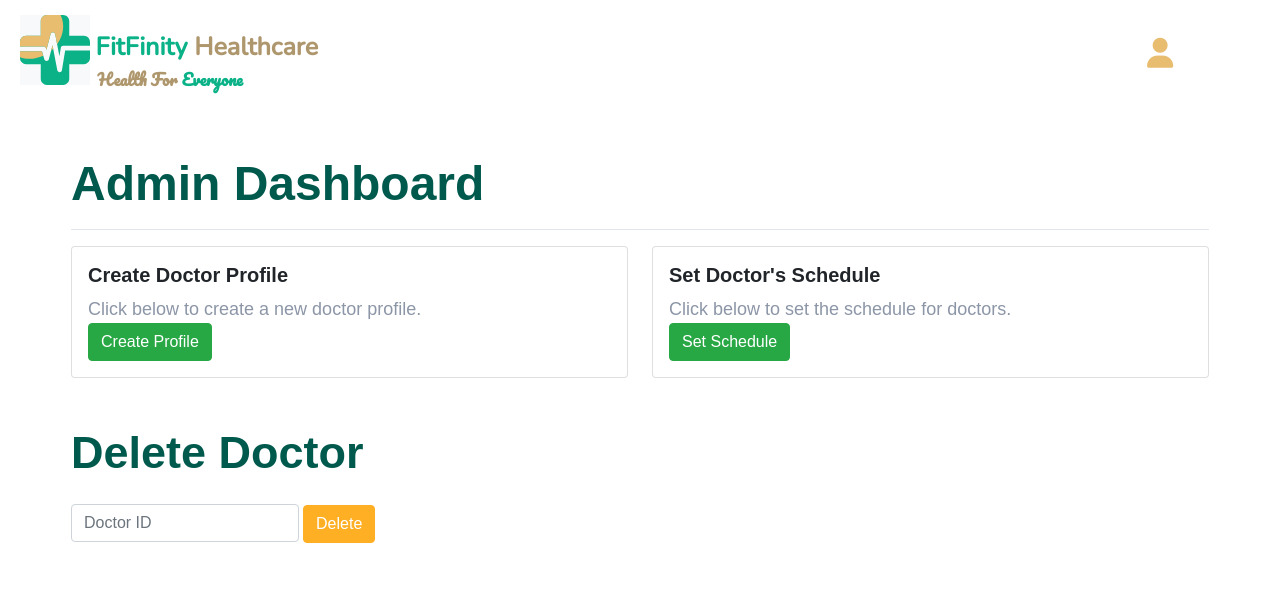
Repository: theonlymono/FitfinityHealthcareWebsiteJ2EE
Page: http://localhost/Fitfinity/adminDashboard.jsp
An editor plug-in stored every save of this project. The page is shown before and after a run of saves, followed by the edit.
The browser window is 1280 px wide. The pictures show the whole page.
Some web fonts or font styles are not loaded; a fallback is used. The page is served by Tomcat 9. Other server files are loaded and not shown.

Above is the page before, as saved 2024-03-03 11:29:33.
Console error (its wording comes from the project's code and is left out).

### fitfinity/Fitfinity/WebContent/adminDashboard.jsp
<%@ page language="java" contentType="text/html; charset=UTF-8"
    pageEncoding="UTF-8"%>
<!DOCTYPE html>
<html lang="en">
<head>
  <meta charset="UTF-8" />
  <meta name="viewport" content="width=device-width, initial-scale=1.0" />
  <title>Healthcare Hospital Admin Dashboard</title>
  <link rel="icon" href="./assets/image/logo/logo.svg" />
  <link rel="stylesheet" href="https://cdnjs.cloudflare.com/ajax/libs/font-awesome/6.5.1/css/all.min.css" integrity="sha512-DTOQO9RWCH3ppGqcWaEA1BIZOC6xxalwEsw9c2QQeAIftl+Vegovlnee1c9QX4TctnWMn13TZye+giMm8e2LwA==" crossorigin="anonymous" referrerpolicy="no-referrer" />
  <link
    href="https://cdn.jsdelivr.net/npm/bootstrap@5.3.3/dist/css/bootstrap.min.css"
    rel="stylesheet"
    integrity="sha384-QWTKZyjpPEjISv5WaRU9OFeRpok6YctnYmDr5pNlyT2bRjXh0JMhjY6hW+ALEwIH"
    crossorigin="anonymous"
  />
    <script
    src="https://cdn.jsdelivr.net/npm/bootstrap@5.3.3/dist/js/bootstrap.bundle.min.js"
    integrity="sha384-YvpcrYf0tY3lHB60NNkmXc5s9fDVZLESaAA55NDzOxhy9GkcIdslK1eN7N6jIeHz"
    crossorigin="anonymous"
  ></script>
  <link
    rel="stylesheet"
    href="https://stackpath.bootstrapcdn.com/bootstrap/4.5.2/css/bootstrap.min.css"
  />
	<link rel="stylesheet" href="assets/css/bootstrap-5.0.5-alpha.min.css" />
  <link rel="stylesheet" href="assets/css/LineIcons.2.0.css" />
  <link rel="stylesheet" href="assets/css/animate.css" />
  <link rel="stylesheet" href="assets/css/tiny-slider.css" />
  <link rel="stylesheet" href="assets/css/main.css" />
    <link
    href="https://fonts.googleapis.com/css2?family=Nunito:wght@500&display=swap"
    rel="stylesheet"
  />
  <link
    href="https://fonts.googleapis.com/css2?family=Pacifico&display=swap"
    rel="stylesheet"
  />
  <!-- Custom CSS -->
  <style>
    /* Add custom styles here */
    body {
      font-family: Arial, sans-serif;
    }
    .container {
      margin-top: 50px;
    }
    .btn-custom {
      background-color: #ffaf24;
      border-color: #ffaf24;
      color: #fff;
    }
    .btn-custom:hover {
      color: #fff;
      background-color: #e59500;
      border-color: #e59500;
    }
  </style>
</head>
<body>
<nav class="navbar navbar-expand-lg">
                <a style="margin-left: 20px" class="navbar-brand" href="./main.jsp">
                  <img
                    style="width: 70px"
                    src="assets/image/logo/MainLogosvg.svg"
                    alt="Logo"
                  />
                  <h4 style="display: inline">
                    <span
                      style="
                        color: #0bb288;
                        margin-left: 0px;
                        font-family: 'Nunito', sans-serif;
                        font-weight: 700;
                      "
                      >FitFinity</span
                    >
                    <span
                      style="
                        color: #af976d;
                        margin-left: 0px;
                        font-family: 'Nunito', sans-serif;
                        font-weight: 700;
                      "
                      >Healthcare</span
                    >
                  </h4>
                  <h6
                    style="margin-left: 26%; margin-top: -5%"
                    class="navDiv"
                  >
                    <span
                      style="color: #af976d; font-family: 'Pacifico', cursive"
                      >Health For</span
                    >
                    <span
                      style="color: #0bb288; font-family: 'Pacifico', cursive"
                      >Everyone</span
                    >
                  </h6>
                </a>
                <button
                  class="navbar-toggler"
                  type="button"
                  data-toggle="collapse"
                  data-target="#navbarSupportedContent"
                  aria-controls="navbarSupportedContent"
                  aria-expanded="false"
                  aria-label="Toggle navigation"
                >
                  <span class="toggler-icon"></span>
                  <span class="toggler-icon"></span>
                  <span class="toggler-icon"></span>
                </button>

                <div style="margin-left: 60%"
                  class="collapse navbar-collapse sub-menu-bar"
                  id="navbarSupportedContent"
                >
                  <ul  id="nav" class="navbar-nav">
                    <li class="nav-item active mt-3">

                    <li class="nav-item mt-1">
                      <div class="dropdown-center me-5">
                        <button class="btn p-1 pe-2 ps-2 rounded-3" type="button" data-bs-toggle="dropdown" aria-expanded="false">
                          <i style="color: #E8BD70; font-size: 30px;" class="fa-solid fa-user"></i>
                        </button>
                        <ul class="dropdown-menu">
                          <li><a style="font-size: 17px;" class="dropdown-item" href="#"> Admin <img style="margin-left: 30px;" class=" rounded-circle" width="50px" src="/image/profile1.jpg" alt=""></a></li>
                          <li><hr class="dropdown-divider"></li>
                          <li><a style="font-size: 17px;" class="dropdown-item" href="./main.jsp">LogOut</a></li>
                        </ul>
                    </li>
                  </ul>
                </div>
                <!-- navbar collapse -->
              </nav>
<div class="container">
  <h1>Admin Dashboard</h1>
  <hr />
  <div class="row">
    <div class="col-md-6">
      <div class="card">
        <div class="card-body">
          <h5 class="card-title">Create Doctor Profile</h5>
          <p class="card-text">
            Click below to create a new doctor profile.
          </p>
          <a href="./drSignUp.jsp" class="btn btn-success"
            >Create Profile</a
          >
        </div>
      </div>
    </div>
    <div class="col-md-6">
      <div class="card">
        <div class="card-body">
          <h5 class="card-title">Set Doctor's Schedule</h5>
          <p class="card-text">
            Click below to set the schedule for doctors.
          </p>
          <a href="./DrSchedule.jsp" class="btn btn-success"
            >Set Schedule</a
          >
        </div>
      </div>
    </div>
  </div>
</div>

<div class="container mt-5">
  <div class="row">
    <div class="">
      <h2 class="mb-4">Delete Doctor</h2>
      <form action="./DeleteDoctorRecordsServlet" method="POST">
        <div style="display: inline;" class="form-group">
          <input placeholder="Doctor ID" style="width: 20%; display: inline;" type="text" class="form-control" id="doctorID" name="doctorID" required>
        </div>
        <button type="submit" onclick="confirmDelete()" class="btn btn-custom">Delete</button>
      </form>
    </div>
  </div>
</div>

<!-- Bootstrap JS (Optional) -->
<script src="https://stackpath.bootstrapcdn.com/bootstrap/4.5.2/js/bootstrap.min.js"></script>
<!-- JavaScript for confirmation -->
<script>
function confirmDelete() {
    // Get the value of the Doctor ID input field
    var doctorID = document.getElementById("doctorID").value.trim();

    // Check if the Doctor ID is empty
    if (doctorID === "") {
      // If Doctor ID is empty, don't show confirmation message
      return;
    }

    // If Doctor ID is not empty, show confirmation message
    var confirmation = confirm("Are you sure you want to delete this doctor?");
    if (confirmation) {
      // If user confirms, submit the form
      document.getElementById("deleteForm").submit();
    }
  }
</script>
</body>
</html>

### fitfinity/Fitfinity/WebContent/assets/css/tiny-slider.css
.tns-outer{padding:0 !important}.tns-outer [hidden]{display:none !important}.tns-outer [aria-controls],.tns-outer [data-action]{cursor:pointer}.tns-slider{-webkit-transition:all 0s;-moz-transition:all 0s;transition:all 0s}.tns-slider>.tns-item{-webkit-box-sizing:border-box;-moz-box-sizing:border-box;box-sizing:border-box}.tns-horizontal.tns-subpixel{white-space:nowrap}.tns-horizontal.tns-subpixel>.tns-item{display:inline-block;vertical-align:top;white-space:normal}.tns-horizontal.tns-no-subpixel:after{content:'';display:table;clear:both}.tns-horizontal.tns-no-subpixel>.tns-item{float:left}.tns-horizontal.tns-carousel.tns-no-subpixel>.tns-item{margin-right:-100%}.tns-no-calc{position:relative;left:0}.tns-gallery{position:relative;left:0;min-height:1px}.tns-gallery>.tns-item{position:absolute;left:-100%;-webkit-transition:transform 0s, opacity 0s;-moz-transition:transform 0s, opacity 0s;transition:transform 0s, opacity 0s}.tns-gallery>.tns-slide-active{position:relative;left:auto !important}.tns-gallery>.tns-moving{-webkit-transition:all 0.25s;-moz-transition:all 0.25s;transition:all 0.25s}.tns-autowidth{display:inline-block}.tns-lazy-img{-webkit-transition:opacity 0.6s;-moz-transition:opacity 0.6s;transition:opacity 0.6s;opacity:0.6}.tns-lazy-img.tns-complete{opacity:1}.tns-ah{-webkit-transition:height 0s;-moz-transition:height 0s;transition:height 0s}.tns-ovh{overflow:hidden}.tns-visually-hidden{position:absolute;left:-10000em}.tns-transparent{opacity:0;visibility:hidden}.tns-fadeIn{opacity:1;filter:alpha(opacity=100);z-index:0}.tns-normal,.tns-fadeOut{opacity:0;filter:alpha(opacity=0);z-index:-1}.tns-vpfix{white-space:nowrap}.tns-vpfix>div,.tns-vpfix>li{display:inline-block}.tns-t-subp2{margin:0 auto;width:310px;position:relative;height:10px;overflow:hidden}.tns-t-ct{width:2333.3333333%;width:-webkit-calc(100% * 70 / 3);width:-moz-calc(100% * 70 / 3);width:calc(100% * 70 / 3);position:absolute;right:0}.tns-t-ct:after{content:'';display:table;clear:both}.tns-t-ct>div{width:1.4285714%;width:-webkit-calc(100% / 70);width:-moz-calc(100% / 70);width:calc(100% / 70);height:10px;float:left}

/*# sourceMappingURL=sourcemaps/tiny-slider.css.map */

Loaded but not shown: fitfinity/Fitfinity/WebContent/assets/css/bootstrap-5.0.5-alpha.min.css (library); fitfinity/Fitfinity/WebContent/assets/css/animate.css (library); fitfinity/Fitfinity/WebContent/assets/image/logo/MainLogosvg.svg (1 lines, source omitted); fitfinity/Fitfinity/WebContent/assets/css/main.css (2375 lines, source omitted); fitfinity/Fitfinity/WebContent/assets/css/LineIcons.2.0.css (2211 lines, source omitted)

After the next 2 saves:
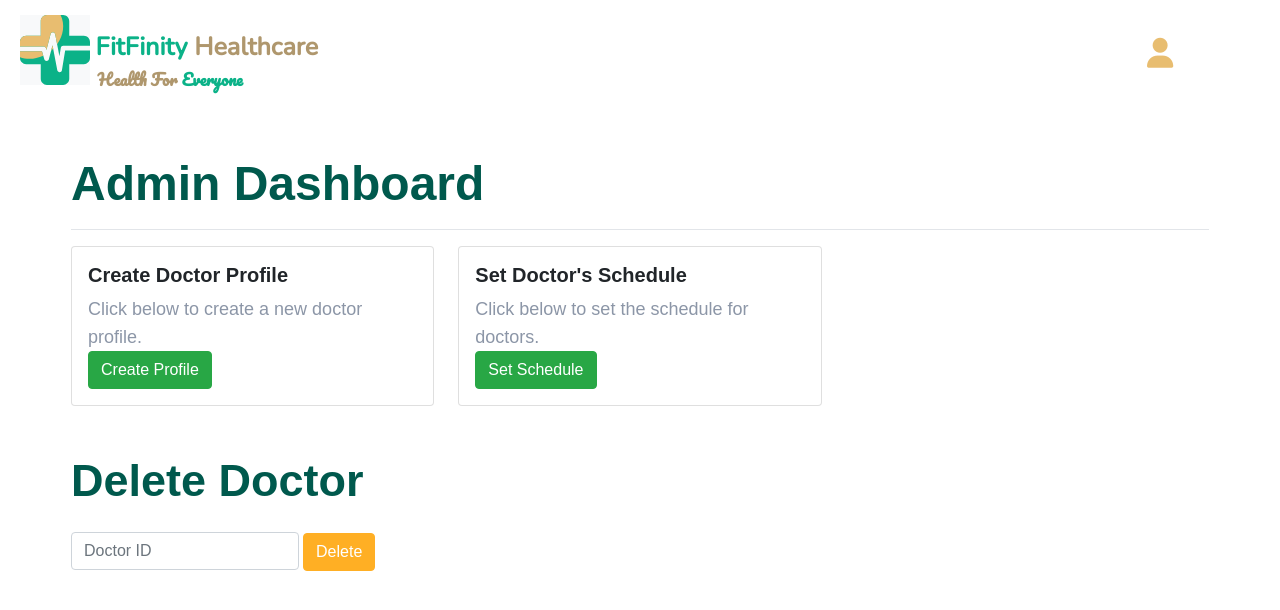
The 2 saves are shown as one change because they came seconds apart.
The last was saved 12 min 16 s later.
--- a/fitfinity/Fitfinity/WebContent/adminDashboard.jsp
+++ b/fitfinity/Fitfinity/WebContent/adminDashboard.jsp
@@ -139,7 +139,7 @@
   <h1>Admin Dashboard</h1>
   <hr />
   <div class="row">
-    <div class="col-md-6">
+    <div class="col-md-4">
       <div class="card">
         <div class="card-body">
           <h5 class="card-title">Create Doctor Profile</h5>
@@ -152,7 +152,7 @@
         </div>
       </div>
     </div>
-    <div class="col-md-6">
+    <div class="col-md-4">
       <div class="card">
         <div class="card-body">
           <h5 class="card-title">Set Doctor's Schedule</h5>
